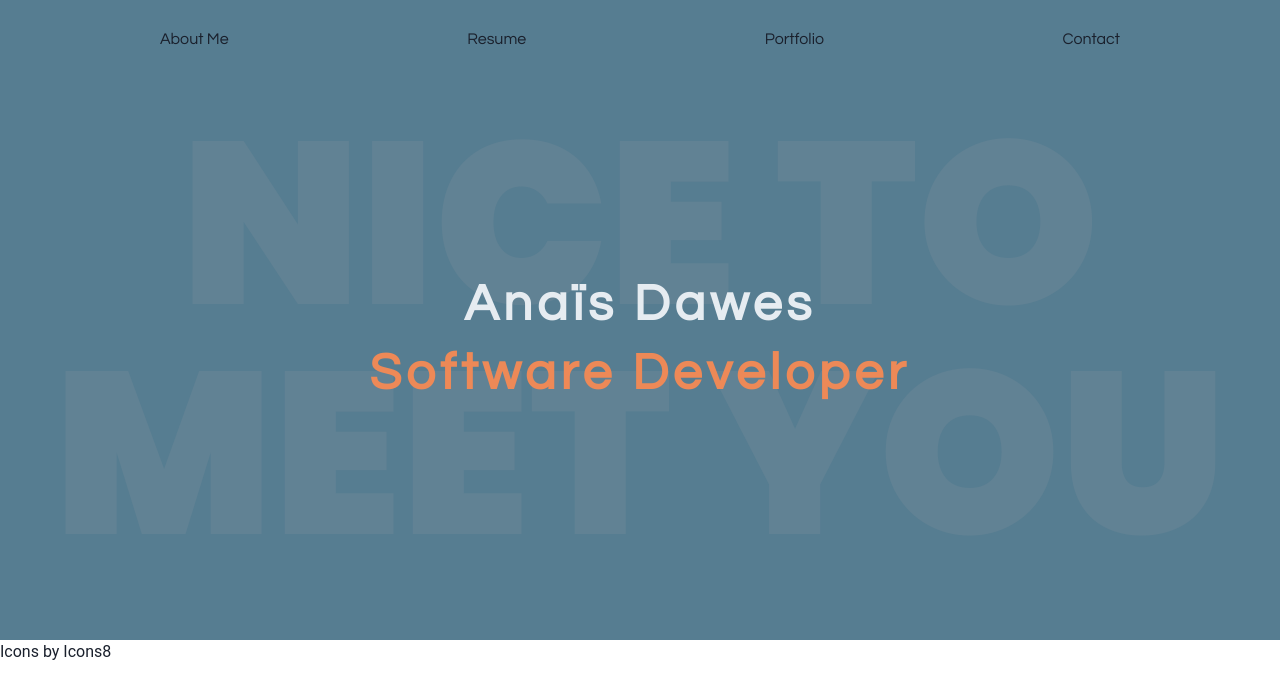
Repository: aedawes/AnaisDawesWebsite
Page: / (app in my-app/)
The author's editor kept a copy of each file at every save. The page is drawn from the files as they stood at one save, then again after the next save.
The browser window is 1280 px wide. The pictures show the whole page.
Some web fonts or font styles are not loaded; a fallback is used. The project was rebuilt for these pictures with package versions that can differ from the ones it lists, and the page was loaded fresh each time. Also part of the build but not shown: my-app/src/App.css, my-app/src/Components/MobileMenu.js.

Above is the page before, as saved 2023-09-03 23:14:06.

### my-app/src/index.js
import React from 'react';
import ReactDOM from 'react-dom/client';
import './index.css';
import App from './App';
import customTheme from './theme';
import reportWebVitals from './reportWebVitals';
import { ChakraProvider } from '@chakra-ui/react'

const root = ReactDOM.createRoot(document.getElementById('root'));
root.render(
  <ChakraProvider theme={customTheme}>
    <React.StrictMode>
      <App />
    </React.StrictMode>
  </ChakraProvider>
);

// If you want to start measuring performance in your app, pass a function
// to log results (for example: reportWebVitals(console.log))
// or send to an analytics endpoint. Learn more: https://bit.ly/CRA-vitals
reportWebVitals();

### my-app/src/App.js
import './App.css';
import Home from './Home';

function App() {
  return (
    <div className="App">
      <header className="App-header">
        <Home></Home>
      </header>
    </div>
  );
}

export default App;

### my-app/src/theme.js
// theme.js
import { extendTheme } from '@chakra-ui/react';

const theme = extendTheme({
    styles: {
        global: {
          // Import and define the Google Fonts using @font-face
          '@font-face': [
            {
              fontFamily: 'Poppins', // Font family name for Poppins
              src: 'url(https://fonts.googleapis.com/css2?family=Poppins:wght@900&display=swap)',
              fontWeight: '900', // FontWeight for Poppins
              fontStyle: 'normal',
            },
            {
              fontFamily: 'Questrial', // Font family name for Questrial
              src: 'url(https://fonts.googleapis.com/css2?family=Questrial&display=swap)',
              fontWeight: 'normal',
              fontStyle: 'normal',
            },
          ],
        },
    },
    colors: {
        blues: {
            100: '#0B0C21',
            200: '#567D91',
            300: '#A9C7D9',
            400: '#E6ECF1',
        },
        oranges: {
            100: '#ED8957',
        },
    },
    fonts: {
        body: 'Roboto, sans-serif',
        heading: 'Montserrat, sans-serif',
    },
});

export default theme;

### my-app/src/Home.js
import './Home.css';
import { Box, Center, Heading, Text, VStack, Button} from '@chakra-ui/react'
import NavBar from './Components/Navbar.js';
import MobileMenu from './Components/MobileMenu';

function Home() {
  return (
    <div className="App">
      <NavBar />
      <Box id='niceToMeetYou' backgroundColor='blues.200'>
        <Center id="center-content">
          <Heading id='bgText' fontFamily='Poppins'> NICE TO MEET YOU </Heading>
          <VStack id="center-title">
            <Heading
              id='name'
              fontFamily='Questrial'
              color='blues.400'>
              Anaïs Dawes
            </Heading>
            <Heading
              id='job'
              fontFamily='Questrial'
              color='oranges.100'>
              Software Developer
            </Heading>
          </VStack>
        </Center>
      </Box>
      Icons by <a target="_blank" href="https://icons8.com">Icons8</a>
    </div>
  );
}

export default Home;

### my-app/src/Home.css
@import url('https://fonts.googleapis.com/css2?family=Poppins:wght@900&family=Questrial&display=swap');
@import url("https://use.typekit.net/ber4ifm.css");

#niceToMeetYou{
    height: fit-content;
    width: 100vw;
}

#center-content {
    padding-top: 8.5%;
    padding-bottom: 5.5%;
}

#bgText {
    text-align: center;
    line-height: 100%;
    font-size: 18vw;
    color: #618294;
}

#center-title {
    position: absolute;
    text-align: center;
}

#name {
    /* font-family: 'Questrial', sans-serif; */
    font-size: 4vw;
    letter-spacing: 5px;
}

#job {
    /* font-family: 'Questrial', sans-serif; */
    font-size: 4vw;
    letter-spacing: 5px;
}

### my-app/src/Components/Navbar.js
import { useState } from 'react';
import { Box, Center, Text, HStack, VStack, Divider, Button } from '@chakra-ui/react'

function NavBar() {

    const [isOpen, setIsOpen] = useState(false); //state for the menu

    const toggle = () => setIsOpen(!isOpen); //function to toggle the menu

    return (
        <Box>
            <Box display={{ base: 'none', lg: 'block' }}>
                <Center>
                    <HStack pos='absolute' top='4%' justifyContent='space-between' width='75%' fontFamily='Questrial'>
                        <Text class="menuItem">About Me</Text>
                        <Text class="menuItem">Resume</Text>
                        <Text class="menuItem">Portfolio</Text>
                        <Text class="menuItem">Contact</Text>
                    </HStack>
                </Center>
            </Box>


            <Box
                display={{ base: 'block', lg: 'none' }}
                backgroundColor='#618294'
                h='40px'
                w='100vw'
                pos='absolute'
                >
                <button
                    style={{
                        position: 'absolute',
                        right: '5px',
                        top: '2px',
                        padding: '0',  // Remove padding if any
                        margin: '0',   // Remove margin if any
                    }}
                    onClick={toggle}>
                    <img
                        src={`${process.env.PUBLIC_URL}/icons8-menu.png`}
                        alt="MenuIcon"
                        style={{ width: '35px', height: '35px' }}/>
                </button>

                {isOpen && (
                <VStack
                    backgroundColor='#618294'
                    pos='absolute'
                    top='40px' // Adjust the top position to avoid overlapping with the button
                    right='5px'
                    spacing='2' // Adjust the spacing as needed
                    fontFamily='Questrial'
                    zIndex={999}
                >
                    <Box w='100vw'>
                        <Button
                            color='blues.400'
                            backgroundColor='blues.200'
                            fontSize='25px'
                            pl='15px'
                            pbt='15px'
                            w='110vw'
                            focusBoxShadow='blues.200'>
                                About Me
                        </Button>
                        <Divider/>
                    </Box>
                    <Box w='100vw'>
                        <Text
                            color='blues.400'
                            fontSize='25px'
                            ml='15px'
                            mb='5px'>
                                Resume
                        </Text>
                        <Divider/>
                    </Box>
                    <Box w='100vw'>
                        <Text
                            color='blues.400'
                            fontSize='25px'
                            ml='15px'
                            mb='5px'>
                                Portfolio
                        </Text>
                        <Divider/>
                    </Box>
                    <Box w='100vw'>
                        <Text
                            color='blues.400'
                            fontSize='25px'
                            ml='15px'
                            mb='5px'>
                                Contact
                        </Text>
                        <Divider/>
                    </Box>
                </VStack>
                )}
            </Box>
        </Box>
    );
}

export default NavBar;

Loaded but not shown: my-app/public/index.html (common file); my-app/src/index.css (common file); my-app/src/reportWebVitals.js (common file)

After the next save:
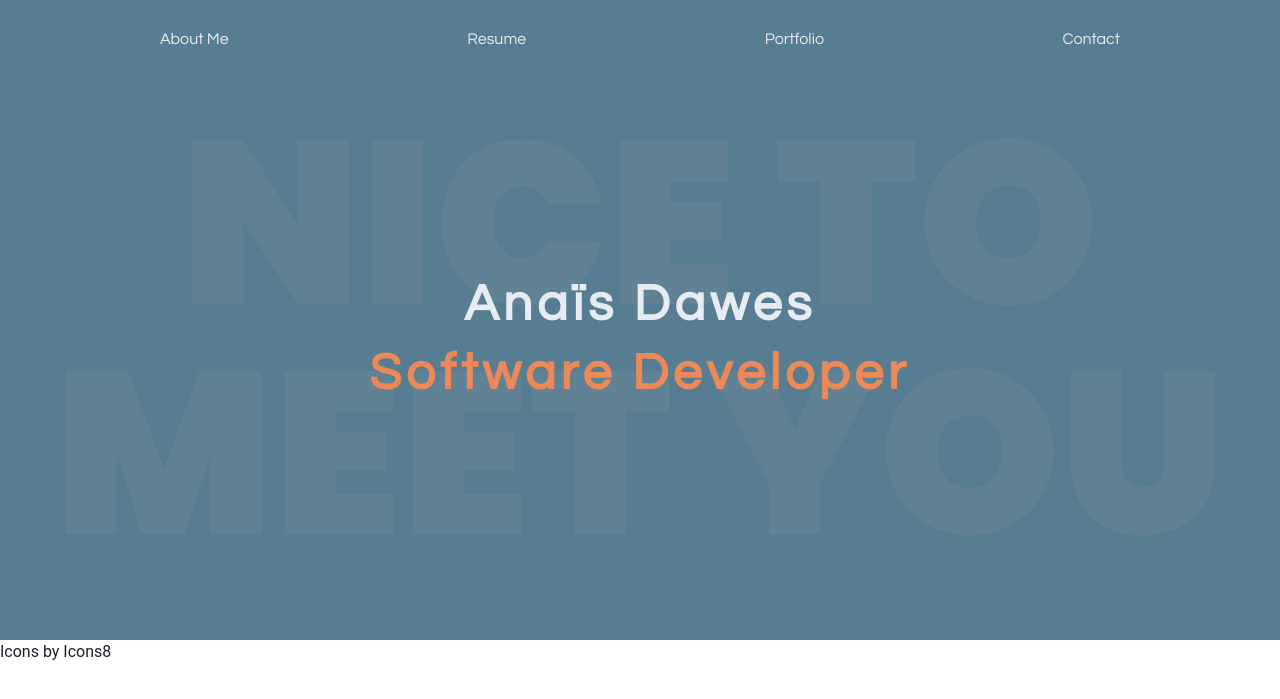
Saved 2 days later.
--- a/my-app/src/Components/Navbar.js
+++ b/my-app/src/Components/Navbar.js
@@ -11,7 +11,7 @@
         <Box>
             <Box display={{ base: 'none', lg: 'block' }}>
                 <Center>
-                    <HStack pos='absolute' top='4%' justifyContent='space-between' width='75%' fontFamily='Questrial'>
+                    <HStack pos='absolute' top='4%' justifyContent='space-between' width='75%' fontFamily='Questrial' color='blues.400'>
                         <Text class="menuItem">About Me</Text>
                         <Text class="menuItem">Resume</Text>
                         <Text class="menuItem">Portfolio</Text>
